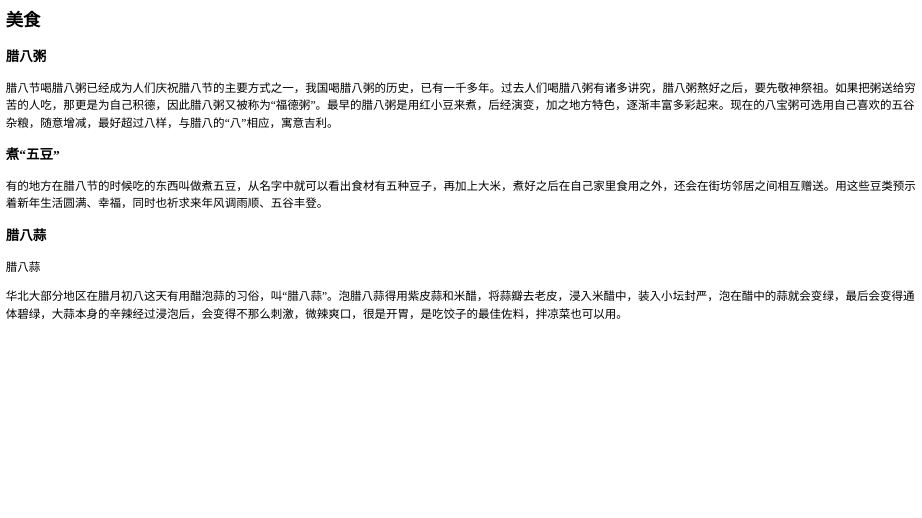
Repository: XueJie1/computer-operation-basics
Page: pages/labafes/cuisine.html
An editor plug-in stored every save of this project. The page is shown before and after the next save, followed by the edit.
The browser window is 1280 px wide. The pictures show the whole page, at 72% of full size.

Above is the page before, as saved 2023-09-14 16:14:30.

After the next save:
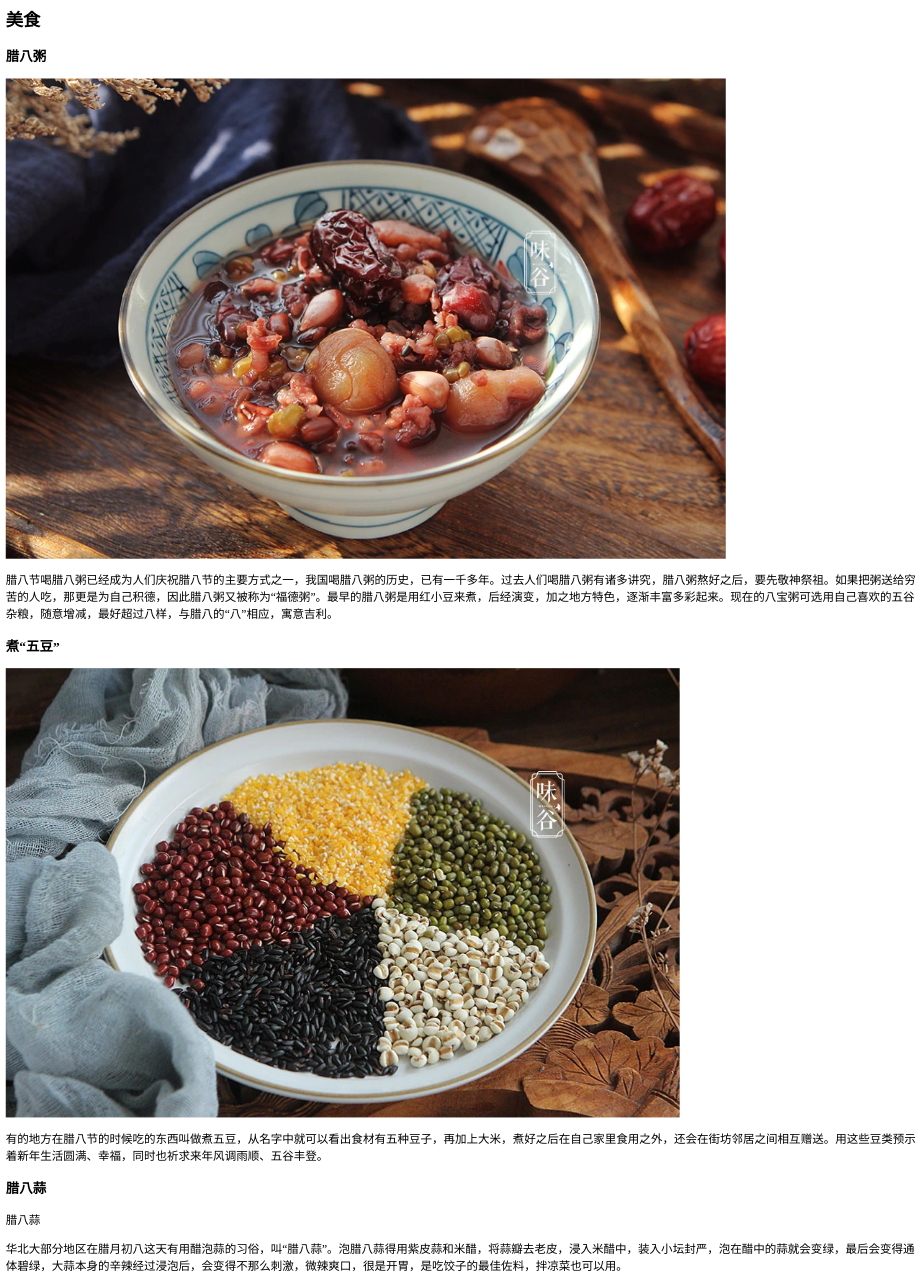
Saved 48 s later.
--- a/pages/labafes/cuisine.html
+++ b/pages/labafes/cuisine.html
@@ -1,8 +1,14 @@
 <h2>美食</h2>
 <h3>腊八粥</h3>
+<div class="img">
+    <img src="../../img/labazhou.webp">
+</div>
 <p>腊八节喝腊八粥已经成为人们庆祝腊八节的主要方式之一，我国喝腊八粥的历史，已有一千多年。过去人们喝腊八粥有诸多讲究，腊八粥熬好之后，要先敬神祭祖。如果把粥送给穷苦的人吃，那更是为自己积德，因此腊八粥又被称为“福德粥”。最早的腊八粥是用红小豆来煮，后经演变，加之地方特色，逐渐丰富多彩起来。现在的八宝粥可选用自己喜欢的五谷杂粮，随意增减，最好超过八样，与腊八的“八”相应，寓意吉利。
 </p>
 <h3>煮“五豆”</h3>
+<div class="img">
+    <img src="../../img/five_beans.webp">
+</div>
 <p>有的地方在腊八节的时候吃的东西叫做煮五豆，从名字中就可以看出食材有五种豆子，再加上大米，煮好之后在自己家里食用之外，还会在街坊邻居之间相互赠送。用这些豆类预示着新年生活圆满、幸福，同时也祈求来年风调雨顺、五谷丰登。</p>
 <h3>腊八蒜</h3>
 <p>腊八蒜</p>
